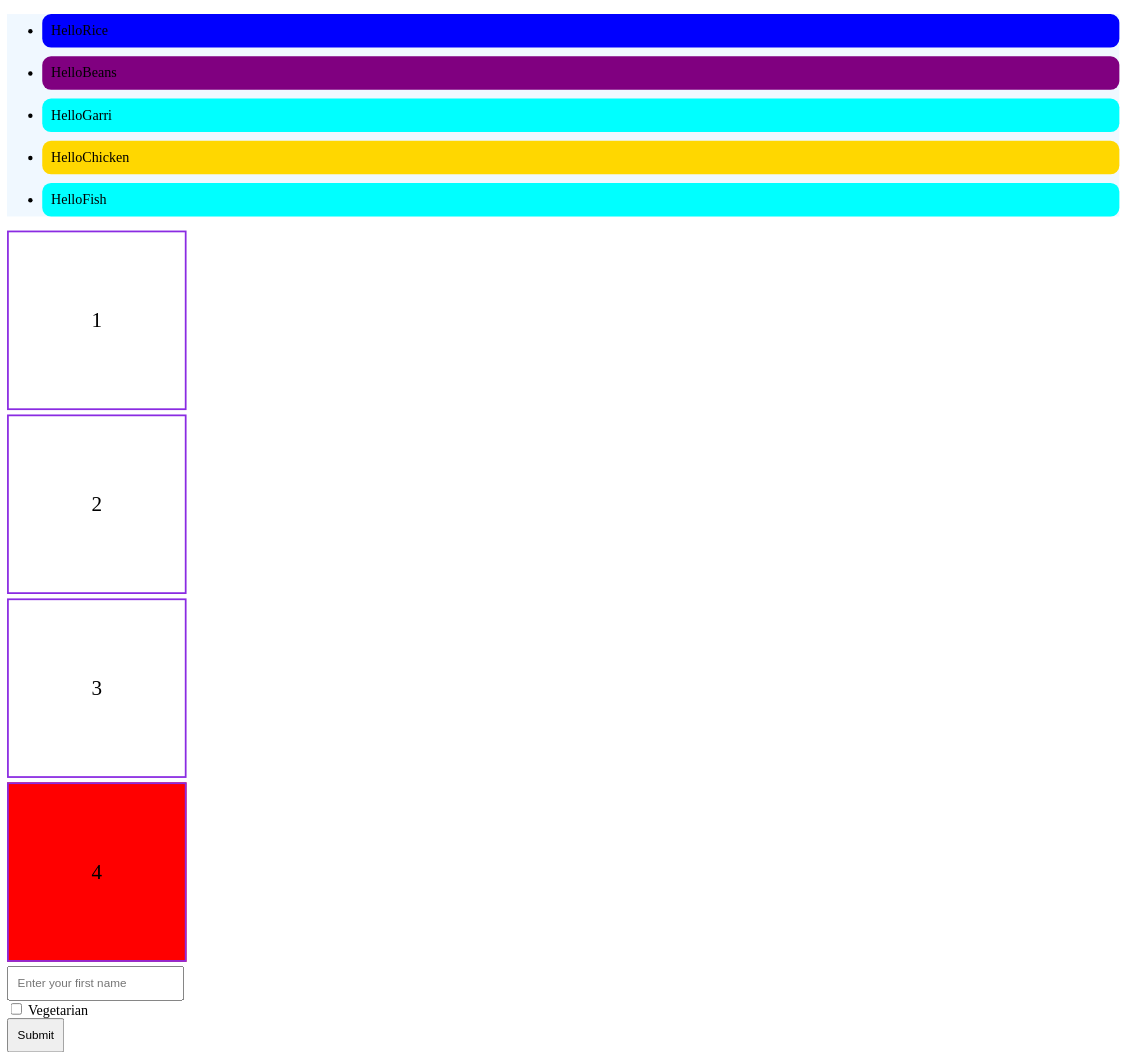
Repository: latenightsnacc/HTML-LESSONS
Page: WEB-DESIGN-2/lessons/pseudoClasses.html
These files come from the project's save history. The page is drawn as it stood at one moment and after the next save; the edit follows.
The browser window is 1280 px wide. The pictures show the whole page, at 88% of full size.

Above is the page before, as saved 2021-09-28 12:29:31.

After the next save:
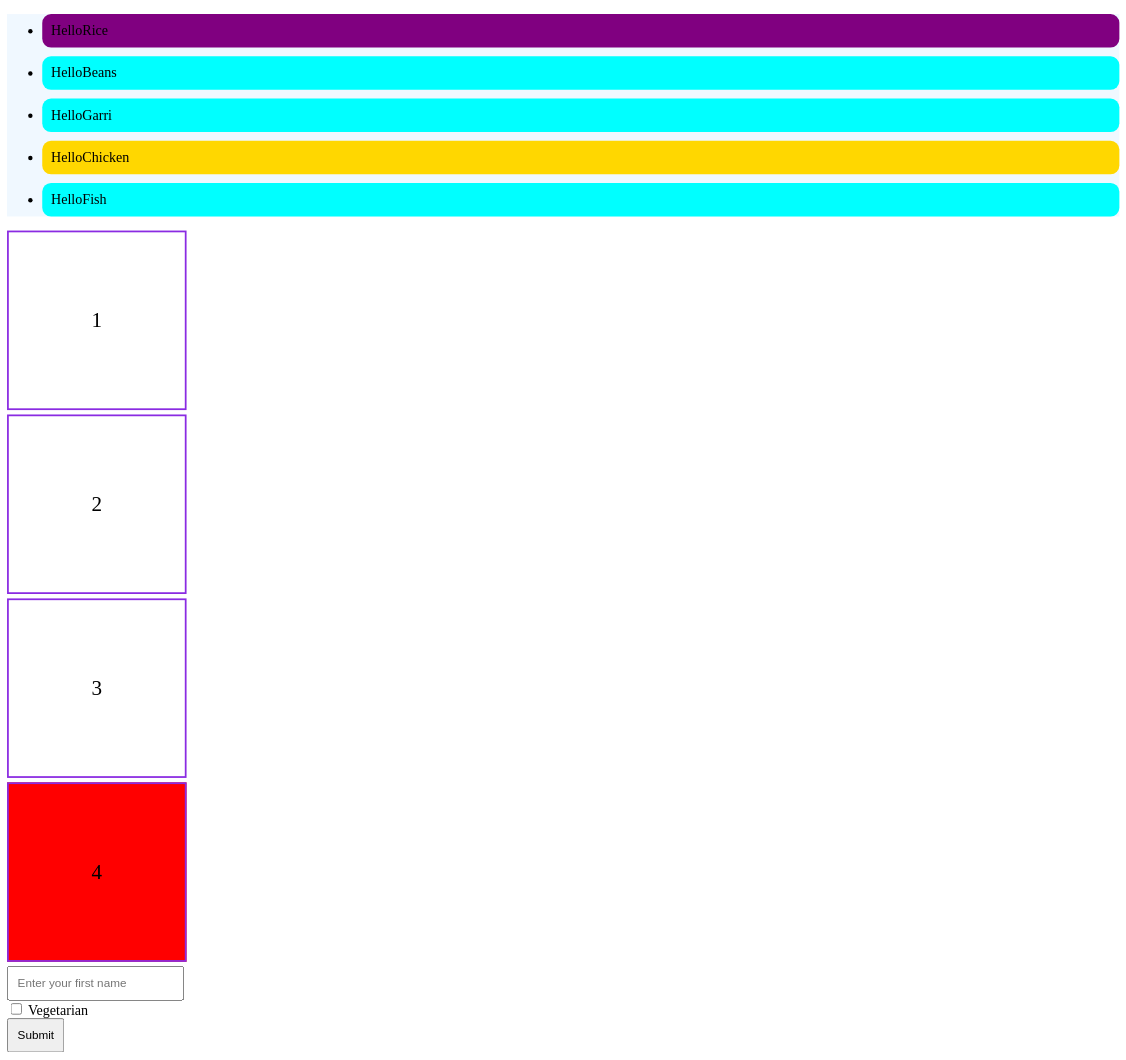
Saved 31 s later.
--- a/WEB-DESIGN-2/lessons/pseudoClasses.html
+++ b/WEB-DESIGN-2/lessons/pseudoClasses.html
@@ -21,7 +21,7 @@
       .list li:nth-child(4) {
           background-color: gold;
       }
-      .list li:nth-last-child(4) {
+      .list li:nth-last-child(5) {
           background-color: purple;
       }
       .list li::before {
